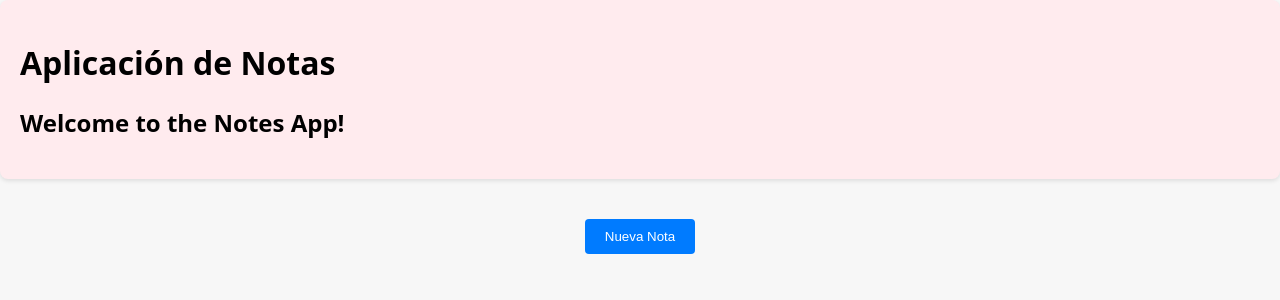
Repository: xunxuno/aplicacion_web_notas
Page: / (app in notas_web_app/)
These files come from the project's save history. The page is drawn as it stood at one moment and after the next save; the edit follows.
The browser window is 1280 px wide. The pictures show the whole page.
The project was rebuilt for these pictures with package versions that can differ from the ones it lists, and the page was loaded fresh each time. Also part of the build but not shown: notas_web_app/vite.config.ts, notas_web_app/src/components/Note.tsx, notas_web_app/src/components/NoteCollection.tsx, notas_web_app/src/components/NoteModal.tsx.

Above is the page before, as saved 2024-10-03 11:24:11.

### notas_web_app/src/main.tsx
import React from 'react';
import ReactDOM from 'react-dom/client'; // Cambiado a ReactDOM para el nuevo root API
import App from './App';
import { NotesProvider } from './contexts/NotesContext';
import './styles.css';

ReactDOM.createRoot(document.getElementById('root')!).render(
  <React.StrictMode>
    <NotesProvider>
      <App />
    </NotesProvider>
  </React.StrictMode>,
);

### notas_web_app/src/App.tsx
// src/App.tsx
import React, { useState, useContext, useEffect } from 'react';
import { NotesProvider, NotesContext } from './contexts/NotesContext';
import NoteCollection from './components/NoteCollection';
import NoteModal from './components/NoteModal';
import './styles.css';
import AppBar from './components/AppBar';
import { DndProvider } from 'react-dnd';
import { HTML5Backend } from 'react-dnd-html5-backend';

interface Note {
  id: string;
  title: string;
  content: string;
  collectionId: string;
}

interface NoteCollectionInterface {
  id: string;
  notes: Note[];
}

const App: React.FC = () => {
  const [isModalOpen, setModalOpen] = useState(false);
  const [activeCollectionId, setActiveCollectionId] = useState<string | null>(null);
  const { state, dispatch } = useContext(NotesContext);

  useEffect(() => {
    console.log("Actualización de colecciones:");
    state.collections.forEach((collection: NoteCollectionInterface) => {
      console.log(`Notas en la colección ${collection.id}:`);
      collection.notes.forEach((n: Note) => {
        console.log(`Nota ID: ${n.id}, Título: ${n.title}, Contenido: ${n.content}`);
      });
    });
  }, [state.collections]);

  const handleAddNote = (note: Omit<Note, 'id'>) => {
    // Usa el ID de colección disponible en el estado
    const collectionIdToUse = state.nextCollectionId.toString();

    // Crea la nota con el ID de colección y luego incrementa el siguiente ID
    dispatch({
      type: 'ADD_NOTE',
      payload: { collectionId: collectionIdToUse, note },
    });

    // Incrementa el ID de colección para la próxima nota
    dispatch({ type: 'INCREMENT_COLLECTION_ID' });

    setModalOpen(false);
  };

  const handleOpenModal = () => {
    if (state.collections.length === 0) {
      setActiveCollectionId(null);
    } else {
      setActiveCollectionId(state.collections[0].id);
    }
    setModalOpen(true);
  };

  return (
    <NotesProvider>
      <DndProvider backend={HTML5Backend}>
        <AppBar />
        <div className="app-container">
          <div className="button-container">
            <button className="add-note-button" onClick={handleOpenModal}>
              Nueva Nota
            </button>
          </div>

          <div className="collections-container">
            {state.collections.map((collection: NoteCollectionInterface) => (
              <NoteCollection
                key={collection.id}
                collection={collection}
                onNoteClick={(noteId) => {
                  console.log("Nota ID:", noteId);
                }}
                onCollectionClick={() => setActiveCollectionId(collection.id)}
                onNoteMove={(noteId, targetCollectionId) => {
                  dispatch({ type: 'MOVE_NOTE', payload: { noteId, targetCollectionId } });
                }}
                onDelete={(noteId) => {
                  dispatch({ type: 'DELETE_NOTE', payload: { noteId } });
                }}
              />
            ))}
          </div>

          {isModalOpen && (
            <NoteModal
              onClose={() => setModalOpen(false)}
              onAddNote={handleAddNote}
              activeCollectionId={activeCollectionId!}
            />
          )}
        </div>
      </DndProvider>
    </NotesProvider>
  );
};

export default App;

### notas_web_app/src/contexts/NotesContext.tsx
import React, { createContext, useReducer, ReactNode } from 'react';

interface Note {
  id: string;
  title: string;
  content: string;
}


interface NoteCollectionInterface {
  id: string; // ID de la colección, generado de manera secuencial
  notes: Note[]; // Lista de notas en la colección
}

interface NotesState {
  collections: NoteCollectionInterface[];
  nextNoteId: number; // Para los IDs de las notas
  nextCollectionId: number; // Para los IDs de las colecciones
}



interface AddNoteAction {
  type: 'ADD_NOTE';
  payload: {
    collectionId: string;
    note: Note;
  };
}

interface DeleteNoteAction {
  type: 'DELETE_NOTE';
  payload: {
    collectionId: string;
    noteId: string;
  };
}

interface MoveNoteAction {
  type: 'MOVE_NOTE';
  payload: {
    noteId: string;
    targetCollectionId: string;
  };
}
type NotesAction = AddNoteAction | DeleteNoteAction | MoveNoteAction;

const initialState: NotesState = {
  collections: [],
  nextNoteId: 1, // Empieza desde 1 para el ID de notas
  nextCollectionId: 1, // Empieza desde 1 para el ID de colecciones
};



const NotesContext = createContext<any>(null);

// Reducer para manejar las acciones
const notesReducer = (state: NotesState, action: NotesAction): NotesState => {
  switch (action.type) {
    case 'ADD_NOTE':
      const newNoteId = state.nextNoteId; // ID de la nueva nota
      const collectionId = action.payload.collectionId || state.nextCollectionId.toString();

      // Verificar si la colección ya existe
      const collectionExists = state.collections.some(collection => collection.id === collectionId);

      const updatedCollections = collectionExists
        ? state.collections.map(collection => {
            if (collection.id === collectionId) {
              const newNote = {
                ...action.payload.note,
                id: newNoteId.toString(), // Asigna el nuevo ID a la nota
              };
              return {
                ...collection,
                notes: [...collection.notes, newNote],
              };
            }
            return collection;
          })
        : [
            ...state.collections,
            {
              id: state.nextCollectionId.toString(), // Crea una nueva colección con ID secuencial
              notes: [
                {
                  ...action.payload.note,
                  id: newNoteId.toString(), // Asigna el nuevo ID a la nota
                  collectionId: state.nextCollectionId.toString(), // Asigna el ID de colección a la nota
                },
              ],
            },
          ];

      return {
        ...state,
        collections: updatedCollections,
        nextNoteId: state.nextNoteId + 1, // Incrementa el ID de la nota
        nextCollectionId: state.nextCollectionId + 1, // Incrementa el ID de la colección para la próxima
      };
    case 'DELETE_NOTE':
      return {
        ...state,
        collections: state.collections.map(collection => ({
          ...collection,
          notes: collection.notes.filter(note => note.id !== action.payload.noteId),
        })),
      };
      case 'MOVE_NOTE': {
        const { noteId, targetCollectionId } = action.payload;

        const sourceCollection = state.collections.find((collection) =>
          collection.notes.find((note) => note.id === noteId)
        );

        if (sourceCollection) {
          // Remover la nota de la colección de origen
          sourceCollection.notes = sourceCollection.notes.filter((note) => note.id !== noteId);

          // Agregar la nota a la colección de destino
          const targetCollection = state.collections.find(
            (collection) => collection.id === targetCollectionId
          );

          if (targetCollection) {
            const noteToMove = sourceCollection.notes.find((note) => note.id === noteId);
            if (noteToMove) {
              targetCollection.notes.push(noteToMove);
            }
          }
        }
        return { ...state, collections: [...state.collections] };
      }
      default:
        return state;
  }
};


// Proveedor del contexto con soporte para 'children'
interface NotesProviderProps {
  children: ReactNode; // Definir el tipo de la prop 'children'
}

const NotesProvider: React.FC<NotesProviderProps> = ({ children }) => {
  const [state, dispatch] = useReducer(notesReducer, initialState);

  return (
    <NotesContext.Provider value={{ state, dispatch }}>
      {children}
    </NotesContext.Provider>
  );
};

export { NotesContext, NotesProvider, notesReducer };

### notas_web_app/src/styles.css
body {
    font-family: 'Noto Sans', sans-serif;
    background-color: #f7f7f7;
    margin: 0;
    padding: 0;
    color: #000;
  }

/* styles.css */

.app-container {
  display: flex;
  flex-direction: column;
  align-items: center;
  padding: 20px;
}

.collections-container {
  display: flex;
  flex-wrap: wrap;
  justify-content: center;
  margin-top: 20px;
}

.note-container {
  background-color: #fff;
  border: 1px solid #ccc;
  border-radius: 4px;
  padding: 10px;
  margin: 10px;
  width: 200px; /* Ancho de la nota */
  height: 250px; /* Alto de la nota */
  box-shadow: 2px 2px 5px rgba(0, 0, 0, 0.1);
  position: relative; /* Para el posicionamiento del botón de eliminar */
}

.note-title {
  font-weight: bold;
  font-size: 18px;
}

.note-content {
  font-size: 14px;
  margin-top: 10px;
}

.button-container {
  margin-top: 20px;
}

.add-note-button {
  padding: 10px 20px;
  background-color: #007bff;
  color: white;
  border: none;
  border-radius: 4px;
  cursor: pointer;
}

.add-note-button:hover {
  background-color: #0056b3;
}

.delete-button {
  position: absolute;
  top: 5px;
  right: 5px;
  background-color: red;
  color: white;
  border: none;
  border-radius: 4px;
  cursor: pointer;
}

.delete-button:hover {
  background-color: darkred;
}

### notas_web_app/src/components/AppBar.tsx
// AppBar.tsx
import React from 'react';

const AppBar: React.FC = () => {
  const appBarStyle = {
    backgroundColor: '#ffebee', // Color pastel
    borderRadius: '8px',
    margin: '0',
    padding: '20px',
    boxShadow: '0 2px 4px rgba(0, 0, 0, 0.1)', // Agregar sombra para mayor profundidad
  };

  return (
    <div style={appBarStyle}>
      <h1>Aplicación de Notas</h1>
      <h2>Welcome to the Notes App!</h2>
    </div>
  );
};

export default AppBar;

Loaded but not shown: notas_web_app/index.html (common file)

After the next save:
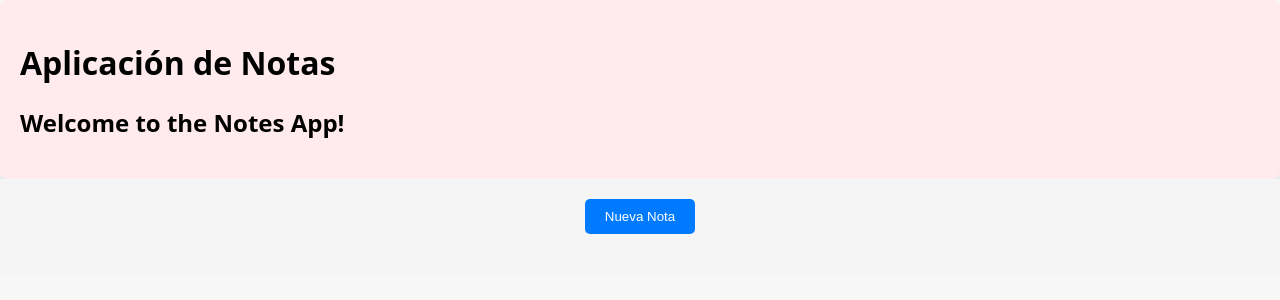
Saved 17 s later.
--- a/notas_web_app/src/styles.css
+++ b/notas_web_app/src/styles.css
@@ -13,65 +13,53 @@
   flex-direction: column;
   align-items: center;
   padding: 20px;
+  background-color: #f5f5f5; /* Color de fondo claro */
 }
 
 .collections-container {
   display: flex;
-  flex-wrap: wrap;
-  justify-content: center;
+  flex-direction: column;
+  align-items: center;
   margin-top: 20px;
+  width: 100%; /* Ancho completo */
 }
 
-.note-container {
-  background-color: #fff;
-  border: 1px solid #ccc;
-  border-radius: 4px;
+.note-collection {
+  margin: 10px 0;
   padding: 10px;
-  margin: 10px;
-  width: 200px; /* Ancho de la nota */
-  height: 250px; /* Alto de la nota */
-  box-shadow: 2px 2px 5px rgba(0, 0, 0, 0.1);
-  position: relative; /* Para el posicionamiento del botón de eliminar */
+  border: 1px solid #ccc; /* Color de borde gris */
+  border-radius: 5px; /* Bordes redondeados */
+  background-color: #fff; /* Color de fondo blanco */
+  width: 300px; /* Ancho fijo para las colecciones */
+  box-shadow: 0 2px 5px rgba(0, 0, 0, 0.1); /* Sombra ligera */
 }
 
-.note-title {
-  font-weight: bold;
-  font-size: 18px;
+.note {
+  margin: 10px;
+  padding: 15px; /* Espaciado interno */
+  border: 1px solid #007bff; /* Color de borde azul */
+  border-radius: 5px; /* Bordes redondeados */
+  background-color: #e9f5ff; /* Color de fondo azul claro */
+  width: 250px; /* Ancho para que se asemeje a una nota en la vida real */
+  height: 150px; /* Altura fija para la nota */
+  box-shadow: 0 2px 5px rgba(0, 0, 0, 0.1); /* Sombra ligera */
+  transition: transform 0.2s; /* Transición suave para el hover */
 }
 
-.note-content {
-  font-size: 14px;
-  margin-top: 10px;
-}
-
-.button-container {
-  margin-top: 20px;
+.note:hover {
+  transform: scale(1.05); /* Aumenta un poco el tamaño al pasar el mouse */
 }
 
 .add-note-button {
-  padding: 10px 20px;
-  background-color: #007bff;
-  color: white;
-  border: none;
-  border-radius: 4px;
-  cursor: pointer;
+  background-color: #007bff; /* Color de fondo azul */
+  color: white; /* Color del texto */
+  border: none; /* Sin borde */
+  border-radius: 5px; /* Bordes redondeados */
+  padding: 10px 20px; /* Espaciado interno */
+  cursor: pointer; /* Cambia el cursor al pasar por encima */
+  transition: background-color 0.3s; /* Transición suave para el hover */
 }
 
 .add-note-button:hover {
-  background-color: #0056b3;
+  background-color: #0056b3; /* Color más oscuro al pasar el mouse */
 }
-
-.delete-button {
-  position: absolute;
-  top: 5px;
-  right: 5px;
-  background-color: red;
-  color: white;
-  border: none;
-  border-radius: 4px;
-  cursor: pointer;
-}
-
-.delete-button:hover {
-  background-color: darkred;
-}

After the save that followed:
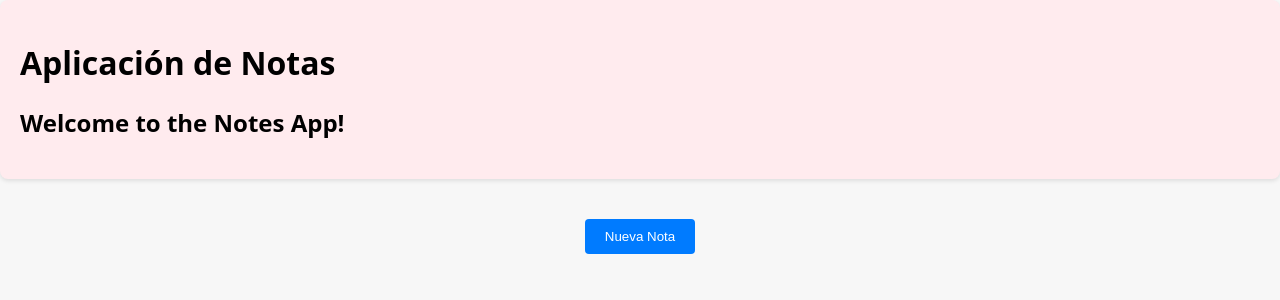
Saved 23 s later.
--- a/notas_web_app/src/styles.css
+++ b/notas_web_app/src/styles.css
@@ -13,53 +13,65 @@
   flex-direction: column;
   align-items: center;
   padding: 20px;
-  background-color: #f5f5f5; /* Color de fondo claro */
 }
 
 .collections-container {
   display: flex;
-  flex-direction: column;
-  align-items: center;
+  flex-wrap: wrap;
+  justify-content: center;
   margin-top: 20px;
-  width: 100%; /* Ancho completo */
 }
 
-.note-collection {
-  margin: 10px 0;
+.note-container {
+  background-color: #fff;
+  border: 1px solid #ccc;
+  border-radius: 4px;
   padding: 10px;
-  border: 1px solid #ccc; /* Color de borde gris */
-  border-radius: 5px; /* Bordes redondeados */
-  background-color: #fff; /* Color de fondo blanco */
-  width: 300px; /* Ancho fijo para las colecciones */
-  box-shadow: 0 2px 5px rgba(0, 0, 0, 0.1); /* Sombra ligera */
+  margin: 10px;
+  width: 200px; /* Ancho de la nota */
+  height: 250px; /* Alto de la nota */
+  box-shadow: 2px 2px 5px rgba(0, 0, 0, 0.1);
+  position: relative; /* Para el posicionamiento del botón de eliminar */
 }
 
-.note {
-  margin: 10px;
-  padding: 15px; /* Espaciado interno */
-  border: 1px solid #007bff; /* Color de borde azul */
-  border-radius: 5px; /* Bordes redondeados */
-  background-color: #e9f5ff; /* Color de fondo azul claro */
-  width: 250px; /* Ancho para que se asemeje a una nota en la vida real */
-  height: 150px; /* Altura fija para la nota */
-  box-shadow: 0 2px 5px rgba(0, 0, 0, 0.1); /* Sombra ligera */
-  transition: transform 0.2s; /* Transición suave para el hover */
+.note-title {
+  font-weight: bold;
+  font-size: 18px;
 }
 
-.note:hover {
-  transform: scale(1.05); /* Aumenta un poco el tamaño al pasar el mouse */
+.note-content {
+  font-size: 14px;
+  margin-top: 10px;
+}
+
+.button-container {
+  margin-top: 20px;
 }
 
 .add-note-button {
-  background-color: #007bff; /* Color de fondo azul */
-  color: white; /* Color del texto */
-  border: none; /* Sin borde */
-  border-radius: 5px; /* Bordes redondeados */
-  padding: 10px 20px; /* Espaciado interno */
-  cursor: pointer; /* Cambia el cursor al pasar por encima */
-  transition: background-color 0.3s; /* Transición suave para el hover */
+  padding: 10px 20px;
+  background-color: #007bff;
+  color: white;
+  border: none;
+  border-radius: 4px;
+  cursor: pointer;
 }
 
 .add-note-button:hover {
-  background-color: #0056b3; /* Color más oscuro al pasar el mouse */
+  background-color: #0056b3;
 }
+
+.delete-button {
+  position: absolute;
+  top: 5px;
+  right: 5px;
+  background-color: red;
+  color: white;
+  border: none;
+  border-radius: 4px;
+  cursor: pointer;
+}
+
+.delete-button:hover {
+  background-color: darkred;
+}
